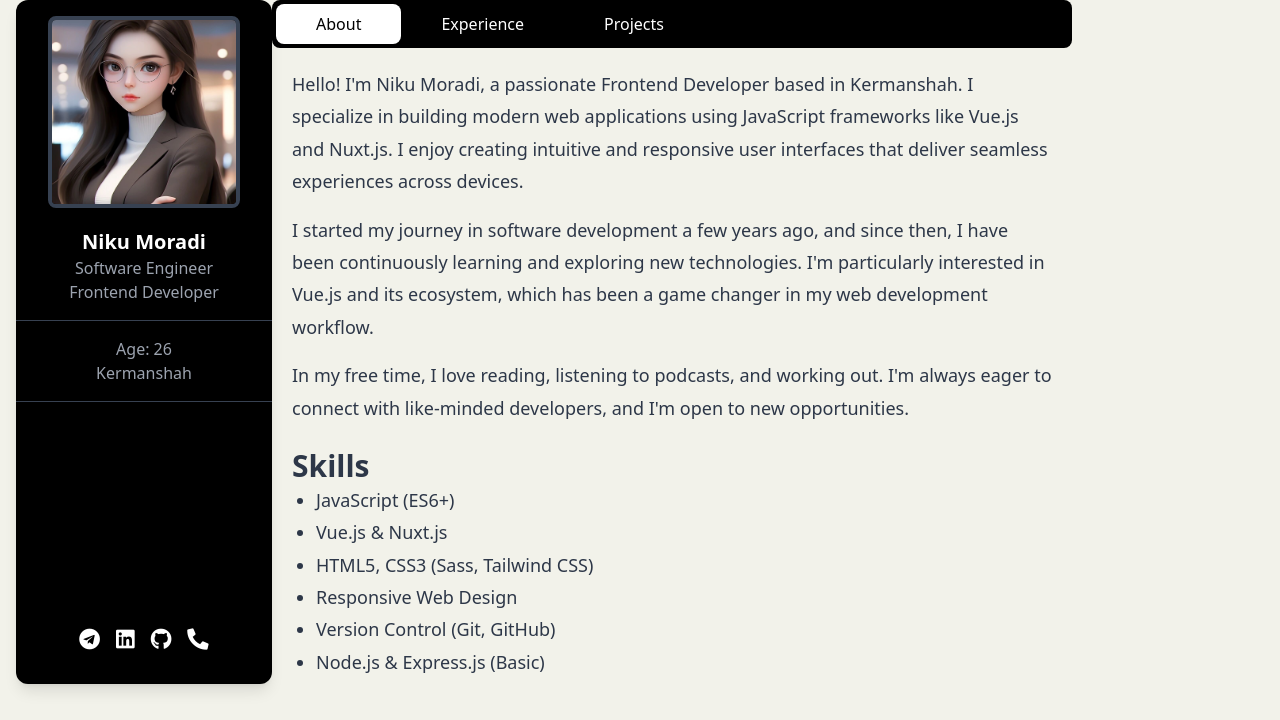
Repository: NikuMoradi/niku-moradi
Page: /About
An editor plug-in stored every save of this project. The page is shown before and after the next save, followed by the edit.
The browser window is 1280 px wide. The pictures show the whole page.
The project was rebuilt for these pictures with package versions that can differ from the ones it lists, and the page was loaded fresh each time. The framework's server and built-in components were replaced by stand-ins that run in the browser. Also part of the build but not shown: nuxt.config.ts, components/Blog Posts/Component-Design.vue, components/Blog.vue, components/Contact.vue, components/Education.vue, components/Experience.vue, components/Hero.vue, components/MyPage.vue and 3 more.

Above is the page before, as saved 2024-11-28 14:24:12.

### assets/css/main.css
@tailwind base;
@tailwind components;
@tailwind utilities;

body {
  background-color: #f2f2ea; /* Light grayish-blue */
}

### components/LeftPanel.vue
<template>
  <div
    class="bg-black text-white h-[95vh] w-64 ml-4 rounded-xl shadow-lg flex flex-col"
  >
    <!-- Profile Picture -->
    <div
      class="p-4 flex flex-col items-center justify-center border-b border-gray-700"
    >
      <img
        src="../assets/img/photo_2024-11-28_10-37-05.jpg"
        alt="Profile Picture"
        class="w-48 h-48 mb-5 rounded-lg border-4 border-gray-700 object-cover object-center"
      />
      <h2 class="text-xl font-bold">Niku Moradi</h2>
      <p class="text-md text-gray-400">Software Engineer</p>
      <p class="text-md text-gray-400">Frontend Developer</p>
    </div>

    <!-- Biography -->
    <div class="p-4 text-center border-b border-gray-700">
      <p class="text-md text-gray-400">Age: 26</p>
      <p class="text-md text-gray-400">Kermanshah</p>
    </div>

    <!-- Social Links -->
    <div class="py-8 text-center mt-auto text-white">
      <div class="space-x-4">
        <a
          href="https://t.me/yourusername"
          target="_blank"
          class="text-white hover:text-blue-400"
        >
          <i class="fab fa-telegram fa-lg"></i>
        </a>
        <a
          href="https://linkedin.com/in/yourusername"
          target="_blank"
          class="text-white hover:text-blue-600"
        >
          <i class="fab fa-linkedin fa-lg"></i>
        </a>
        <a
          href="https://github.com/yourusername"
          target="_blank"
          class="text-white hover:text-gray-700"
        >
          <i class="fab fa-github fa-lg"></i>
        </a>
        <a href="tel:+1234567890" class="text-white hover:text-green-400">
          <i class="fas fa-phone-alt fa-lg"></i>
        </a>
      </div>
    </div>
  </div>
</template>

### components/Menu.vue
<template>
  <div class="flex items-center bg-black text-white px-1 py-1 rounded-lg">
    <!-- About -->
    <NuxtLink
      to="/about"
      class="font-medium rounded-lg px-10 py-2 hover:text-gray-300 transition duration-200"
      exact-active-class="bg-white text-black hover:text-black "
    >
      About
    </NuxtLink>

    <!-- Experience -->
    <NuxtLink
      to="/experience"
      class="font-medium rounded-lg px-10 py-2 hover:text-gray-300 transition duration-200"
      exact-active-class="bg-white text-black"
    >
      Experience
    </NuxtLink>

    <!-- Projects -->
    <NuxtLink
      to="/projects"
      class="font-medium rounded-lg px-10 py-2 hover:text-gray-300 transition duration-200"
      exact-active-class="bg-white text-black"
    >
      Projects
    </NuxtLink>

    <!-- Blog -->
    <!-- <NuxtLink
      to="/blog"
      class="font-medium rounded-lg px-10 py-2 hover:text-gray-300 transition duration-200"
      exact-active-class="bg-white text-black"
    >
      Blog
    </NuxtLink> -->
  </div>
</template>

### layouts/default.vue
<template>
  <div class="flex w-full min-h-screen">
    <!-- Left panel -->
    <LeftPanel />

    <!-- menu and main content -->
    <div class="flex flex-col">
      <Menu />
      <NuxtPage />
    </div>
  </div>
</template>

<script setup>
import LeftPanel from "~/components/LeftPanel.vue";
import Menu from "~/components/Menu.vue";
</script>

<style scoped>
/* Additional layout-specific styles */
</style>

### app.vue
<!-- The app.vue is just holding the layout container and serving as the root.
 The default.vue layout handles the overall structure of the page.
All content from your pages will automatically be placed inside the NuxtPage slot of the layout.-->
<template>
  <NuxtLayout />
</template>

### pages/about.vue
<template>
  <div class="about-page">
    <div class="about-content text-lg text-gray-700 space-y-4">
      <p>
        Hello! I'm Niku Moradi, a passionate Frontend Developer based in
        Kermanshah. I specialize in building modern web applications using
        JavaScript frameworks like Vue.js and Nuxt.js. I enjoy creating
        intuitive and responsive user interfaces that deliver seamless
        experiences across devices.
      </p>

      <p>
        I started my journey in software development a few years ago, and since
        then, I have been continuously learning and exploring new technologies.
        I'm particularly interested in Vue.js and its ecosystem, which has been
        a game changer in my web development workflow.
      </p>

      <p>
        In my free time, I love reading, listening to podcasts, and working out.
        I'm always eager to connect with like-minded developers, and I'm open to
        new opportunities.
      </p>

      <div class="skills">
        <h2 class="text-3xl font-semibold mt-6">Skills</h2>
        <ul class="list-disc pl-6">
          <li>JavaScript (ES6+)</li>
          <li>Vue.js & Nuxt.js</li>
          <li>HTML5, CSS3 (Sass, Tailwind CSS)</li>
          <li>Responsive Web Design</li>
          <li>Version Control (Git, GitHub)</li>
          <li>Node.js & Express.js (Basic)</li>
        </ul>
      </div>
    </div>
  </div>
</template>

<script setup>
// You can import components here if needed
</script>

<style scoped>
.about-page {
  max-width: 800px;
  margin: 0 auto;
  padding: 20px;
}

.about-content {
  line-height: 1.8;
  color: #2d3748;
}

.skills {
  margin-top: 20px;
}

.contact-info a {
  text-decoration: underline;
}
</style>

Loaded but not shown: tailwind.config.js (common file); plugins/aos.client.js (no copy from this time; the picture is the same without it)

After the next save:
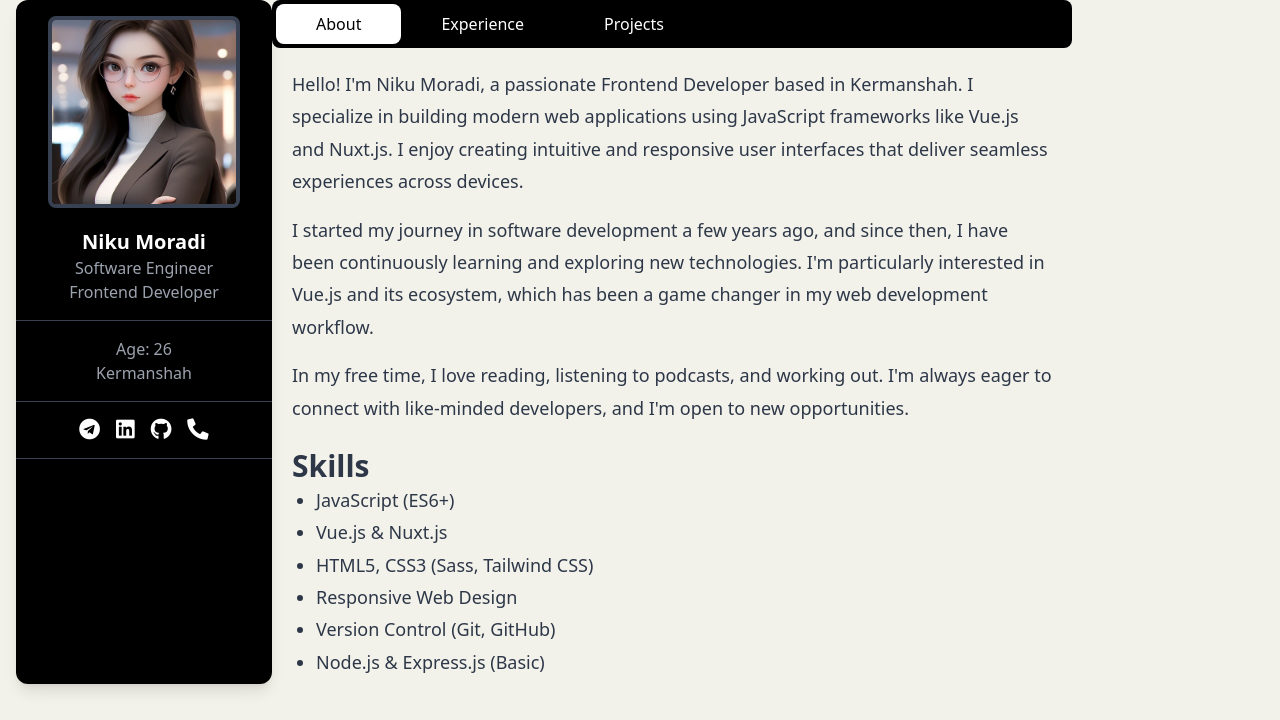
Saved 97 s later.
--- a/components/LeftPanel.vue
+++ b/components/LeftPanel.vue
@@ -23,7 +23,8 @@
     </div>
 
     <!-- Social Links -->
-    <div class="py-8 text-center mt-auto text-white">
+
+    <div class="p-4 border-b border-gray-700 text-center">
       <div class="space-x-4">
         <a
           href="https://t.me/yourusername"

After the save that followed:
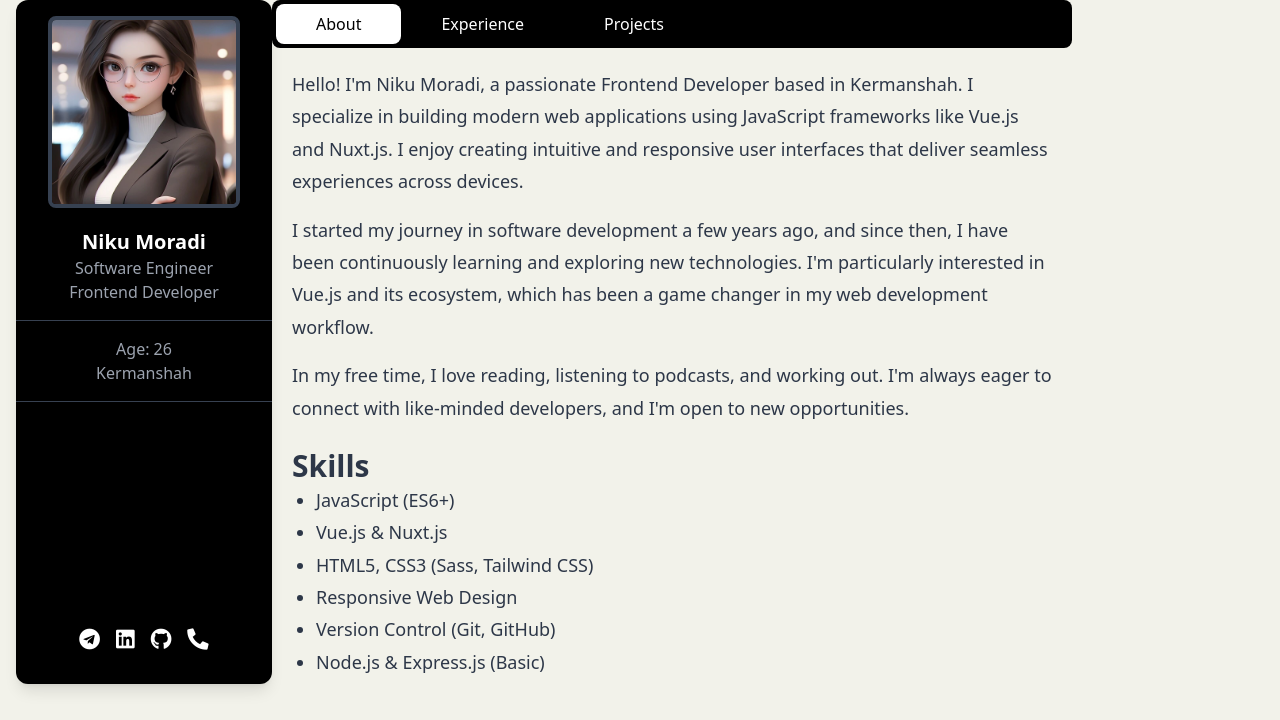
Saved 12 s later.
--- a/components/LeftPanel.vue
+++ b/components/LeftPanel.vue
@@ -23,8 +23,7 @@
     </div>
 
     <!-- Social Links -->
-
-    <div class="p-4 border-b border-gray-700 text-center">
+    <div class="py-8 text-center mt-auto text-white">
       <div class="space-x-4">
         <a
           href="https://t.me/yourusername"
